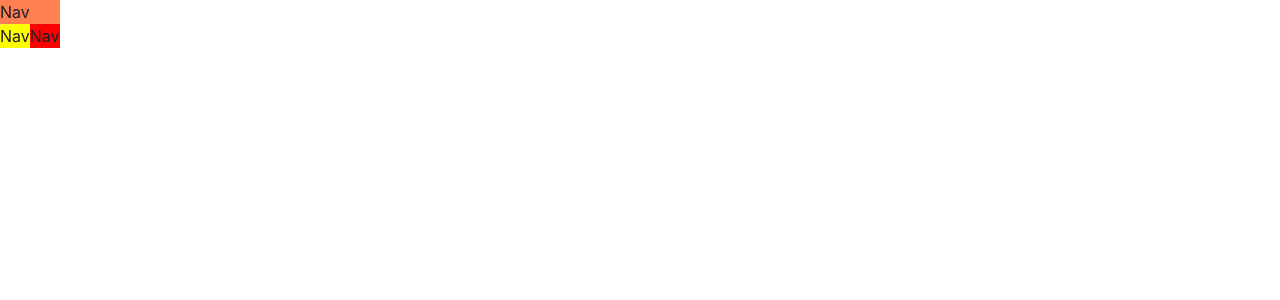
Repository: heyCaroline/game-hub
Page: /
An editor plug-in stored every save of this project. The page is shown before and after the next save, followed by the edit.
The browser window is 1280 px wide. The pictures show the whole page.
The project was rebuilt for these pictures with package versions that can differ from the ones it lists, and the page was loaded fresh each time. Also part of the build but not shown: vite.config.ts.

Above is the page before, as saved 2025-05-16 17:07:32.

### src/main.tsx
import { StrictMode } from "react";
import { createRoot } from "react-dom/client";
import "./index.css";
import { ChakraProvider } from "@chakra-ui/react";
import App from "./App.tsx";

createRoot(document.getElementById("root")!).render(
  <StrictMode>
    <ChakraProvider>
      <App />
    </ChakraProvider>
  </StrictMode>
);

### src/App.tsx
import { Grid, GridItem, Show } from "@chakra-ui/react";

function App() {
  return (
    <>
      <Grid
        templateAreas={{
          base: `"nav" "main"`,
          lg: `"nav nav" "aside main"`,
        }}
      >
        <GridItem area="nav" bg="coral">
          Nav
        </GridItem>
        <Show above="lg">
          <GridItem area="aside" bg="yellow">
            Nav
          </GridItem>{" "}
        </Show>
        <GridItem area="main" bg="red">
          Nav
        </GridItem>
      </Grid>
    </>
  );
}

export default App;

Loaded but not shown: index.html (common file); src/index.css (common file)

After the next save:
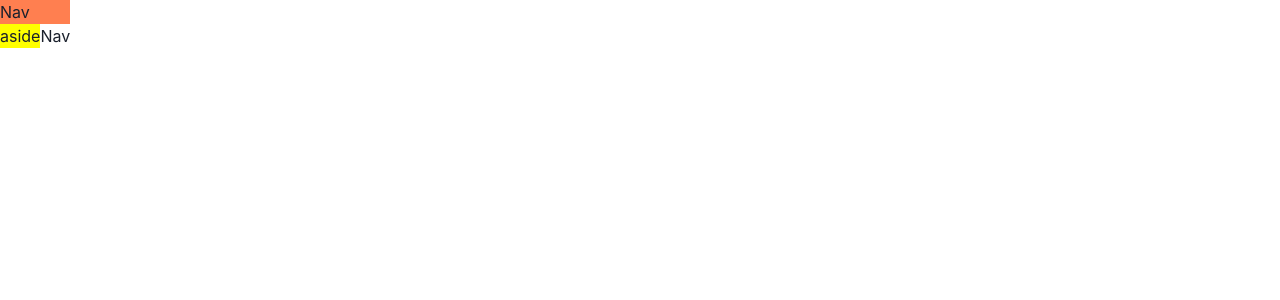
Saved 10 s later.
--- a/src/App.tsx
+++ b/src/App.tsx
@@ -14,10 +14,10 @@ function App() {
         </GridItem>
         <Show above="lg">
           <GridItem area="aside" bg="yellow">
-            Nav
+            aside
           </GridItem>{" "}
         </Show>
-        <GridItem area="main" bg="red">
+        <GridItem area="main" bg="main">
           Nav
         </GridItem>
       </Grid>
